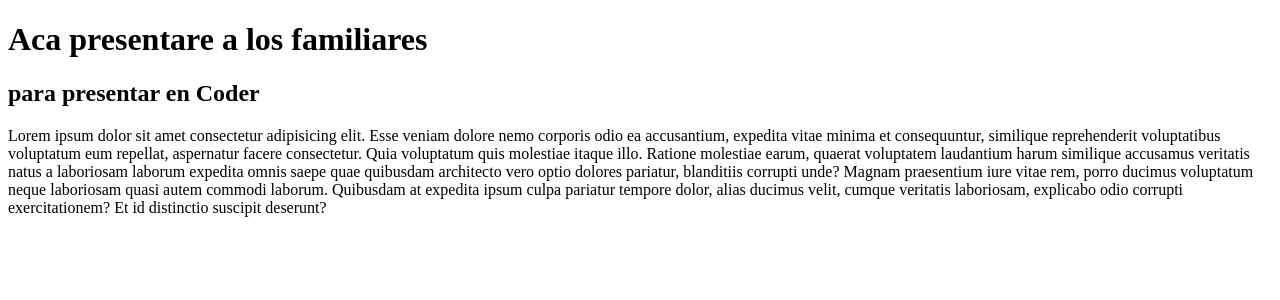
Repository: gadiazsaavedra/Familiares
Page: Familiares/Familiares/plantillas/template1.html
These files come from the project's save history. The page is drawn as it stood at one moment and after the next save; the edit follows.
The browser window is 1280 px wide. The pictures show the whole page.

Above is the page before, as saved 2021-12-07 16:17:22.

### Familiares/Familiares/plantillas/template1.html
<!DOCTYPE html>
<html lang="en">
<head>
    <meta charset="UTF-8">
    <meta http-equiv="X-UA-Compatible" content="IE=edge">
    <meta name="viewport" content="width=device-width, initial-scale=1.0">
    <title>Familia</title>
</head>
<body>
    <h1><center></center>Aca presentare a los familiares</h1>
    <h2>para presentar en Coder</h2>
    <p>Lorem ipsum dolor sit amet consectetur adipisicing elit. Esse veniam dolore nemo corporis odio ea accusantium, expedita vitae minima et consequuntur, similique reprehenderit voluptatibus voluptatum eum repellat, aspernatur facere consectetur. Quia voluptatum quis molestiae itaque illo. Ratione molestiae earum, quaerat voluptatem laudantium harum similique accusamus veritatis natus a laboriosam laborum expedita omnis saepe quae quibusdam architecto vero optio dolores pariatur, blanditiis corrupti unde? Magnam praesentium iure vitae rem, porro ducimus voluptatum neque laboriosam quasi autem commodi laborum. Quibusdam at expedita ipsum culpa pariatur tempore dolor, alias ducimus velit, cumque veritatis laboriosam, explicabo odio corrupti exercitationem? Et id distinctio suscipit deserunt?</p>
</body>
</html>

After the next save:
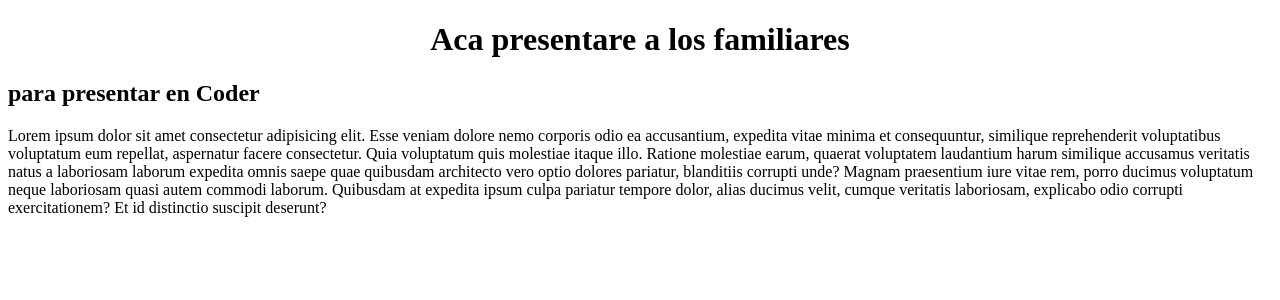
Saved 8 s later.
--- a/Familiares/Familiares/plantillas/template1.html
+++ b/Familiares/Familiares/plantillas/template1.html
@@ -7,7 +7,7 @@
     <title>Familia</title>
 </head>
 <body>
-    <h1><center></center>Aca presentare a los familiares</h1>
+    <h1><center>Aca presentare a los familiares</h1>
     <h2>para presentar en Coder</h2>
     <p>Lorem ipsum dolor sit amet consectetur adipisicing elit. Esse veniam dolore nemo corporis odio ea accusantium, expedita vitae minima et consequuntur, similique reprehenderit voluptatibus voluptatum eum repellat, aspernatur facere consectetur. Quia voluptatum quis molestiae itaque illo. Ratione molestiae earum, quaerat voluptatem laudantium harum similique accusamus veritatis natus a laboriosam laborum expedita omnis saepe quae quibusdam architecto vero optio dolores pariatur, blanditiis corrupti unde? Magnam praesentium iure vitae rem, porro ducimus voluptatum neque laboriosam quasi autem commodi laborum. Quibusdam at expedita ipsum culpa pariatur tempore dolor, alias ducimus velit, cumque veritatis laboriosam, explicabo odio corrupti exercitationem? Et id distinctio suscipit deserunt?</p>
 </body>
